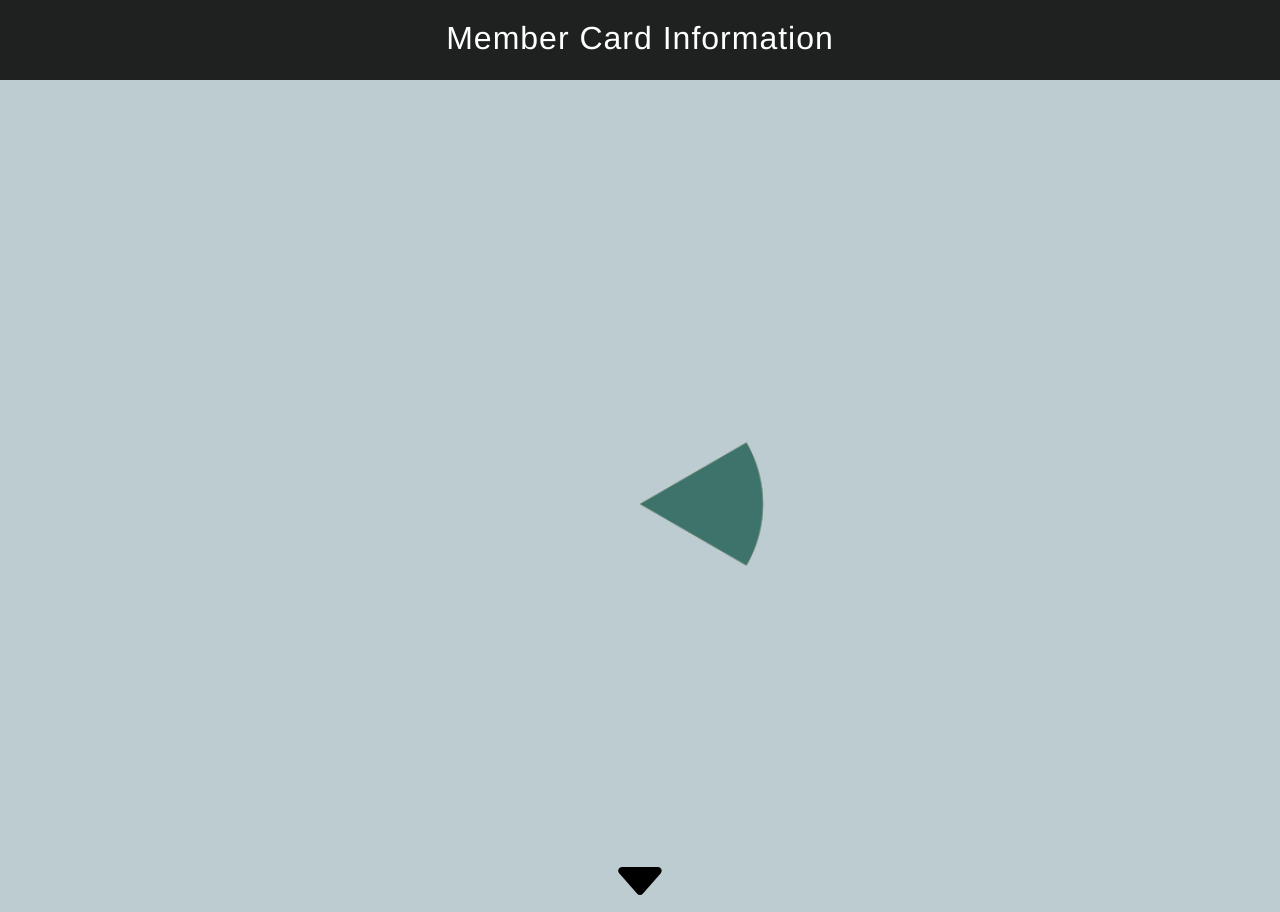
Repository: Leooook/lzhao-fed-test
Page: /
An editor plug-in stored every save of this project. The page is shown before and after the next save, followed by the edit.
The browser window is 1280 px wide. The pictures show the whole page.
The page's requests for data from a server got no answer. The project was rebuilt for these pictures with package versions that can differ from the ones it lists, and the page was loaded fresh each time. No one was signed in, and anything a server would have sent is missing. Also part of the build but not shown: src/components/detail.jsx.

Above is the page before, as saved 2021-03-15 21:35:34.

### src/index.html
<!DOCTYPE html>
<html lang="en">
	<head>
		<meta charset="utf-8" />
		<meta http-equiv="X-UA-Compatible" content="IE=edge,chrome=1" />
		<title>Member Card Info</title>
		<meta name="description" content="" />
		<meta name="viewport" content="width=device-width, initial-scale=1.0, maximum-scale=1.0, user-scalable=no" />
	</head>
	<body>
		<div id="root" class="react-root"></div>
	</body>
</html>

### src/App.js
import React, {useState} from 'react';
import {BsCaretDownFill} from 'react-icons/bs'

import './App.css'
import Header from './components/header.jsx'
import Feature from './components/feature.jsx'

export default function App() {
  const [featureAmount, setFeatureAmount] = useState([1])

  const setFeature = () => {
    setFeatureAmount(featureAmount => {return [...featureAmount, 1]})
  }

	return (
    <div className='app'>
      <Header />
      {
        featureAmount.map((key) => <Feature key = {key}/>)
      }
      <BsCaretDownFill className='add-feature' onClick={() => setFeature()}/>
    </div>
  )
}

### src/App.css
* {
	margin: 0;
	padding: 0;
	box-sizing: border-box;
}
:root {
	--nav-black: rgba(14, 14, 14, 0.897);
	--white: #ffffff;
	--light-blue: rgb(189, 204, 208);
	--grey: rgb(145, 145, 145);
	--light-grey: rgb(209, 209, 209);
}
/* app */
.app {
	max-width: 100vw;
	min-height: 100vh;
	background-color: var(--light-blue);
}
.add-feature {
	position: relative
	color: rgba(65, 65, 65, 0.418);
	width: 60px;
	height: 60px;
	margin: auto;
	display: block;
	cursor: pointer;
	animation: upAndDown 3s ease-in-out infinite;
}
.add-feature:active {
	transform: scale(1.1);
	transition: all 1s ease;
}
@keyframes upAndDown {
	0% {
		bottom: 5vh;
	}
	50% {
		bottom: 4vh;
	}
}
/* end of app */
/* header */
.header {
	background-color: var(--nav-black);
	height: 80px;
	padding: 20px;
	margin-bottom: 80px;
	font-size: 2rem;
	font-family: 'Franklin Gothic Medium', 'Arial Narrow', Arial, sans-serif;
	text-align: center;
	color: var(--white);
	letter-spacing: 1px;
}
@media screen and (max-width: 500px) {
	.header {
		margin-bottom: 30px;
		padding: 30px;
		font-size: 1.4rem;
	}
}
/* end of header */
/* loader */
.load {
	width: 100%;
}
.loadPic {
	width: 20%;
	margin: 30vh 40%;
}
/* end of loader */
/* feature */
.feature {
	margin-top: -65px;
	padding: 60px 8%;
	display: grid;
	grid-template-columns: repeat(auto-fill, minmax(450px, 1fr));
	grid-row-gap: 50px;
	grid-column-gap: 80px;
}
@media screen and (max-width: 500px) {
	.feature {
		padding: 30px 20px;
		display: initial;
	}
}
/* end of feature */
/* detail */
.detail {
	margin: auto;
	padding: 10px 20px;
	width: 450px;
	height: 240px;
	background: hsla(0, 0%, 100%, .3);
	border-radius: 6px;
	box-shadow: 0 6px 20px 6px rgba(0, 0, 0, 0.207);
	display: flex;
	align-items: center;
	cursor: pointer;
	transition: all linear 0.2s;
}
.detail:hover {
	transform: scale(1.05);
	box-shadow: 0 10px 30px 10px rgba(0, 0, 0, 0.207);
}
.left-section {
	width: calc(40% - 20px);
	margin-right: 10%;
}
.right-section {
	width: clac(50% - 20px);
}
.detail-pic {
	margin: 0 auto;
	height: 140px;
	width: 140px;
	border-radius: 50%;
	box-shadow: 0 0 10px 8px var(--light-grey);
}
.detail-info {
	margin-bottom: 10px;
}
.detail-name {
	font-family: 'Playfair Display', serif;
	font-weight: bold;
	font-size: 1.3rem;
}
.detail-name2 {
	font-weight: 100;
	font-size: 0.9rem;
	color: rgb(82, 82, 82);
	font-style: oblique;
}
.detail-sex-date {
	display: flex;
}
.detail-date {
	margin-right: 13px;
}
.detail-font {
	font-family: 'Source Sans Pro', sans-serif;
	font-size: 0.8rem;
}
@media screen and (max-width: 500px) {
	.detail {
		margin-bottom: 30px;
		width: 90vw;
		height: 50vw;
	}
	.detail-pic {
		height: 100px;
		width: 100px;
	}
	.detail-info {
		margin-bottom: 6px;
	}
	.detail-name {
		font-size: 1rem;
	}
	.detail-name2 {
		font-size: 0.8rem;
	}
	.detail-date {
		margin-right: 8px;
	}
	.detail-font {
		font-size: 0.75rem;
	}
}
/* end of detail */

### src/components/header.jsx
import React, { Component } from 'react'

class Header extends Component {
	render() {
		return <section className="header">Member Card Information</section>
	}
}

export default Header

### src/components/feature.jsx
import React, { Component } from 'react'

import Loader from './loader.jsx'
import Detail from './detail.jsx'

class Feature extends Component {
	state = {
		dataSet: [],
		dataAmount: 6
	}

	fetchData = () => {
		fetch('https://randomuser.me/api/', {
			method: 'GET'
		})
			.then((response) => response.json())
			.then((data) => {
				let dataSet = this.state.dataSet
				dataSet.push(data.results[0])
				this.setState({ dataSet })
			})
			.catch((error) => {
				console.error('Error:', error)
			})
	}

	componentDidMount() {
		for (let i = 0; i < this.state.dataAmount; i++) {
			this.fetchData()
		}
	}

	render() {
		if (this.state.dataSet.length === 0 || this.state.dataSet.length % 6 !== 0) {
			return <Loader />
		} else {
			return (
				<section className="feature">
					{this.state.dataSet.map((each, key) => <Detail key={key} data={each} />)}
				</section>
			)
		}
	}
}

export default Feature

### src/components/loader.jsx
import React from 'react'

import loadPic from '../images/load.gif'

function Loader() {
	return (
		<section className="load">
			<img src={loadPic} className="loadPic" alt="load" />
		</section>
	)
}

export default Loader

Loaded but not shown: src/index.js (common file)

After the next save:
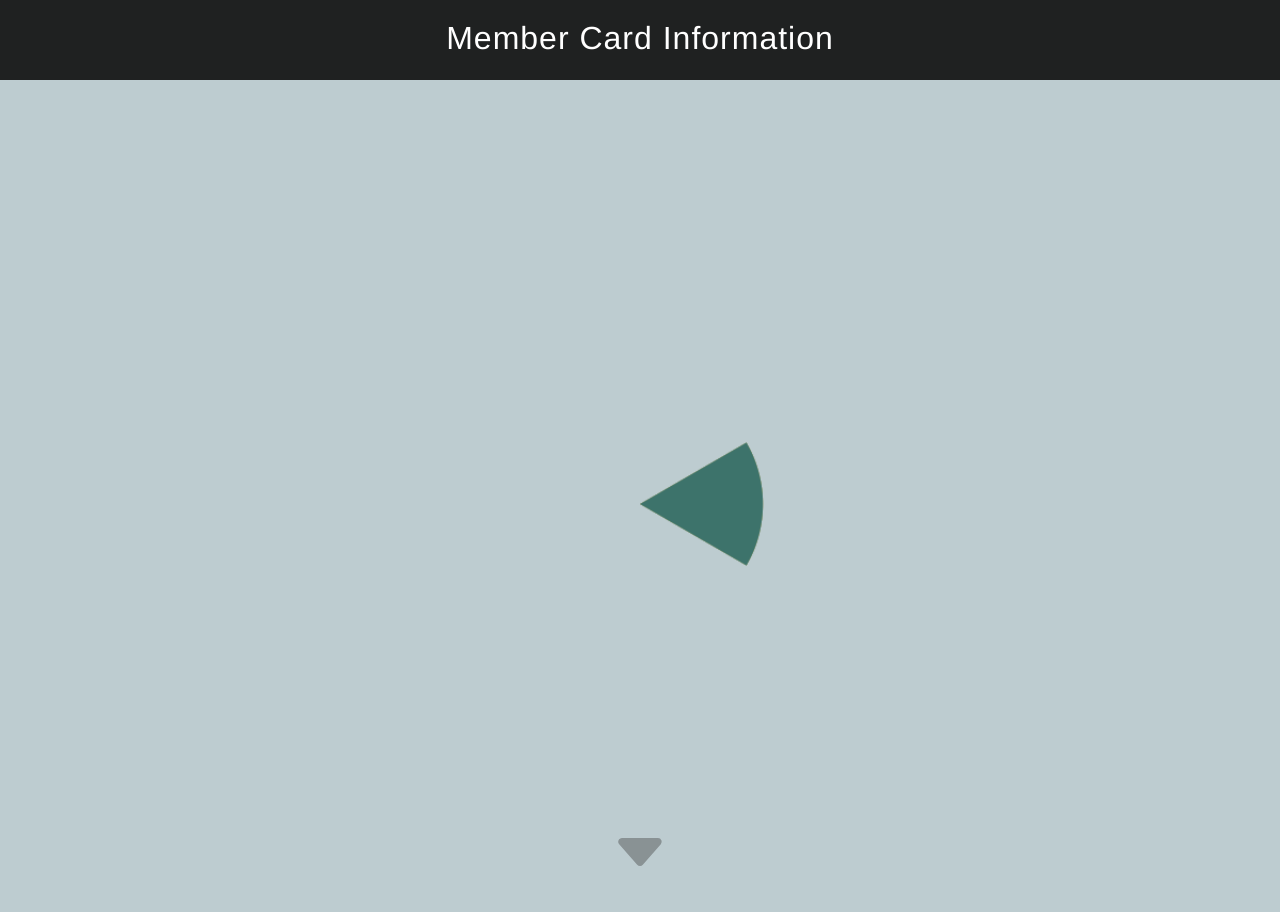
Saved 10 s later.
--- a/src/App.css
+++ b/src/App.css
@@ -17,7 +17,7 @@
 	background-color: var(--light-blue);
 }
 .add-feature {
-	position: relative
+	position: relative;
 	color: rgba(65, 65, 65, 0.418);
 	width: 60px;
 	height: 60px;
